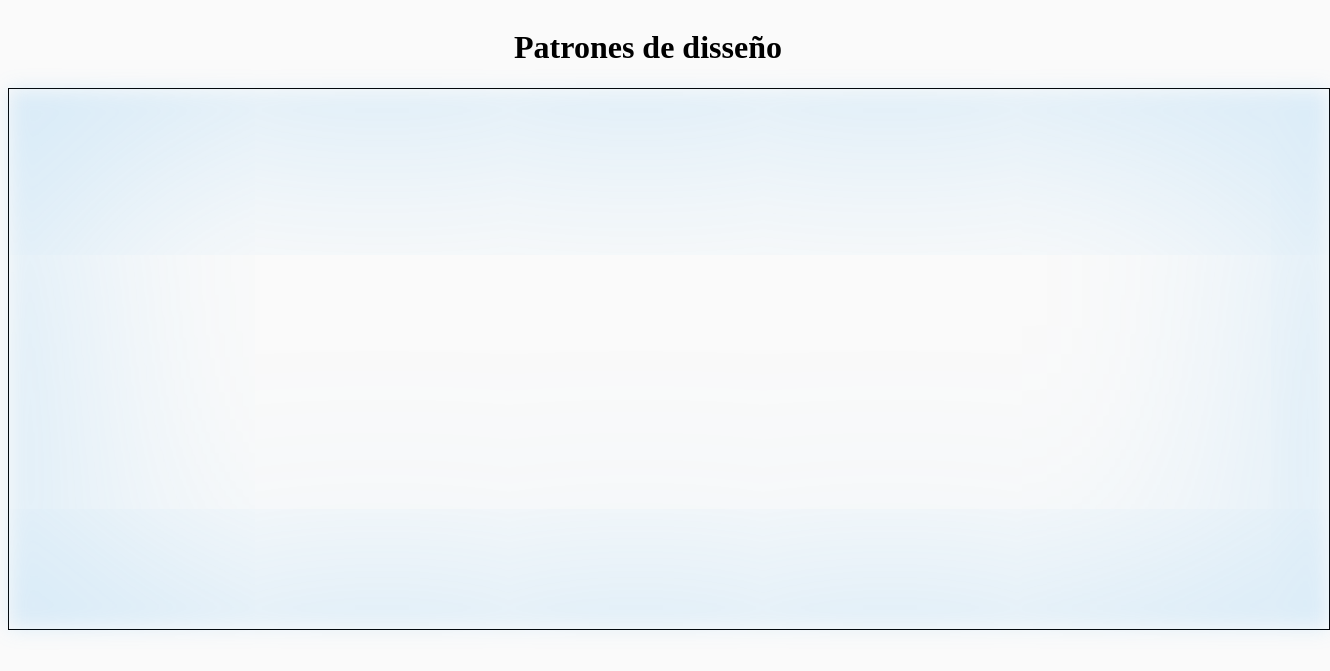
Repository: nrsWebs/design-pattern-es
Page: index.html
An editor plug-in stored every save of this project. The page is shown before and after the next save, followed by the edit.
The browser window is 1280 px wide. The page is 1330 px wide, so the pictures cover 1330 px, including what lies to the right of the window. The pictures show the whole page.

Above is the page before, as saved 2021-02-06 18:23:59.

After the next save:
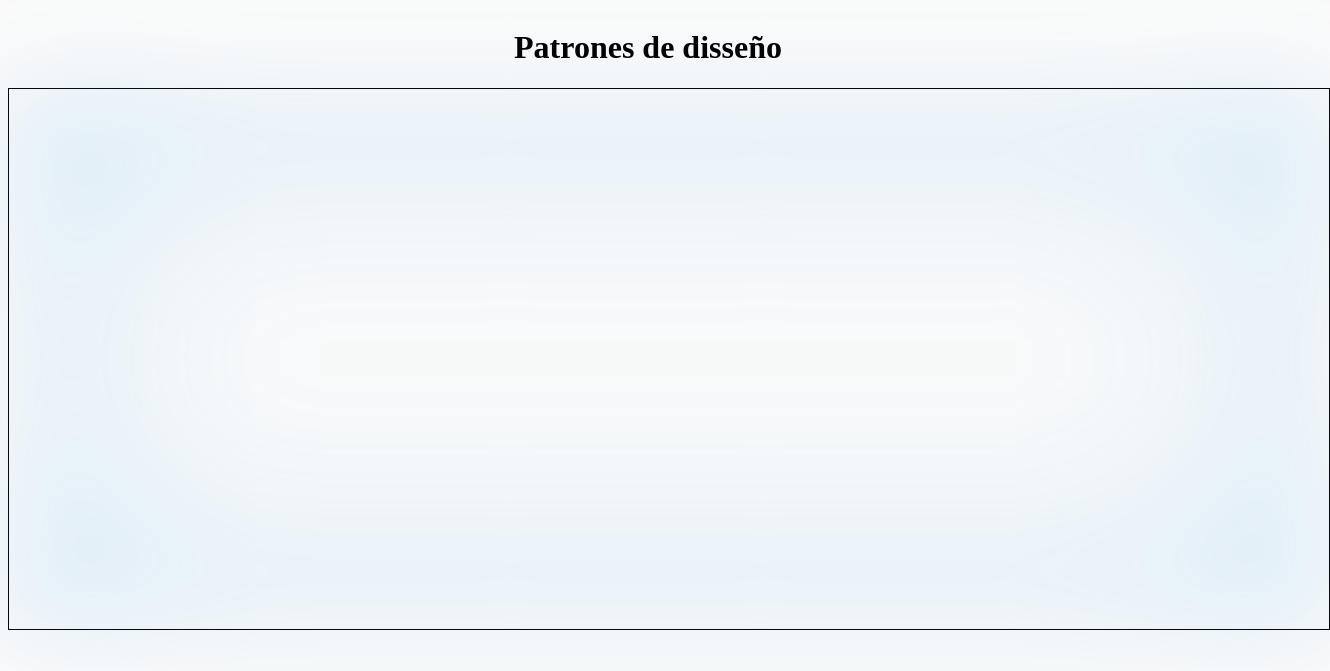
Saved 45 s later.
--- a/source/main.css
+++ b/source/main.css
@@ -45,6 +45,6 @@ h1{
     right: 0;
     top: 0;
     bottom: 0;
-    box-shadow: inset 0 0 2000px var(--secondary);
-    filter: blur(10px);
+    box-shadow: inset 0 0 2000px rgba(64, 168, 242, 0.35);
+    filter: blur(50px);
 }
